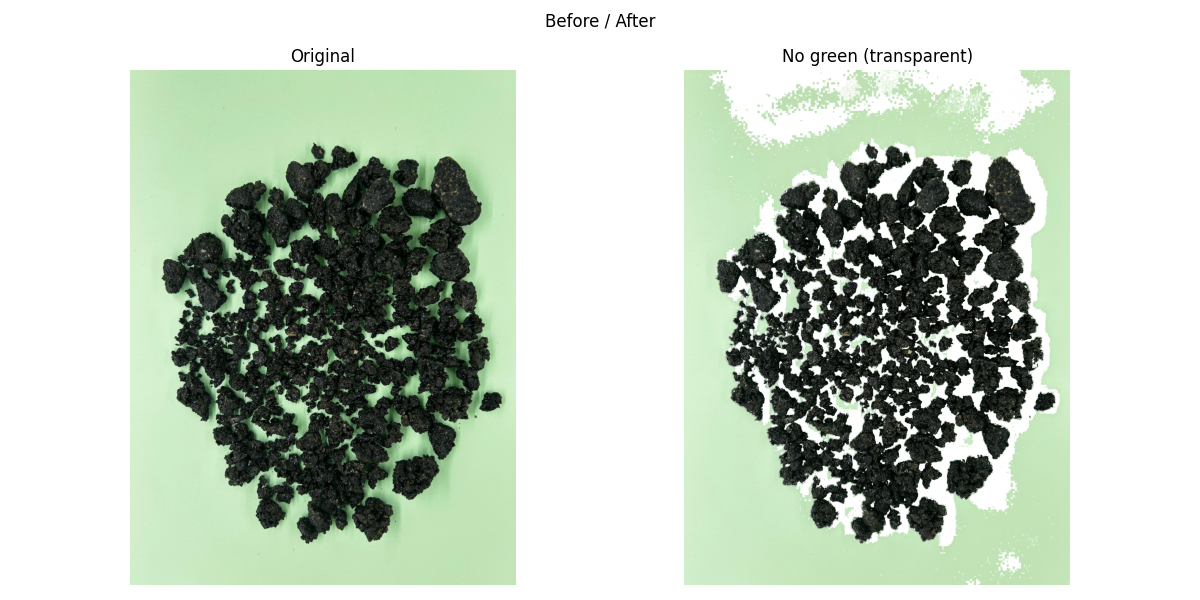
Repository: SebastianCharmot/boil_rocks
Script's output: python process.py
An editor plug-in stored every save of this project. The script's output is shown before and after a run of saves, followed by the edit.
Random numbers start from a fixed seed. It also reads after.JPG.

Above is the script's output before, as saved 2026-01-05 12:26:16.

### process.py
"""Read an image `after.JPG`, remove green pixels, and show before/after.

Behavior:
- Loads an image file (default: after.JPG in the same folder).
- Detects green pixels using a simple rule: green channel significantly
  higher than red/blue and above a brightness threshold.
- Produces two outputs:
  - `after_no_green.png` (RGBA) with green pixels made transparent
  - `after_no_green.jpg` (RGB) where green pixels are replaced with white
- Displays the original and processed images side-by-side.

Usage:
	python process.py [path/to/after.JPG]

Requirements: pillow, numpy, matplotlib
"""

from __future__ import annotations

import os
import sys
from typing import Tuple

import numpy as np
from PIL import Image


def load_image(path: str) -> Image.Image:
	if not os.path.exists(path):
		raise FileNotFoundError(f"Image not found: {path}")
	img = Image.open(path).convert("RGBA")
	return img


def remove_green_pixels(img: Image.Image, ratio: float = 1.2, diff_thresh: int = 40) -> Image.Image:
	"""Return a new RGBA image where detected green pixels are transparent.

	Detection rule (per-pixel):
	  G > ratio * R and G > ratio * B and (G - max(R, B)) > diff_thresh

	These parameters work well for strong green screens; adjust for
	different lighting or tint.
	"""
	arr = np.array(img)  # shape (H, W, 4)
	if arr.ndim != 3 or arr.shape[2] < 3:
		raise ValueError("Unsupported image shape")

	r = arr[..., 0].astype(np.int16)
	g = arr[..., 1].astype(np.int16)
	b = arr[..., 2].astype(np.int16)

	# Compute green mask
	mask = (g > (ratio * r)) & (g > (ratio * b)) & ((g - np.maximum(r, b)) > diff_thresh)

	# Create output RGBA array
	out = arr.copy()
	# Set alpha to 0 where mask is True
	out[..., 3] = np.where(mask, 0, out[..., 3])

	return Image.fromarray(out)


def save_results(orig: Image.Image, processed: Image.Image, out_base: str = "after_no_green") -> Tuple[str, str]:
	"""Save processed image as PNG (with transparency) and JPG (green->white).

	Returns tuple (png_path, jpg_path)
	"""
	png_path = f"{out_base}.png"
	jpg_path = f"{out_base}.jpg"

	# Save PNG with transparency
	processed.save(png_path)

	# For JPG, composite over white background
	white_bg = Image.new("RGB", processed.size, (255, 255, 255))
	rgb = Image.alpha_composite(white_bg.convert("RGBA"), processed).convert("RGB")
	rgb.save(jpg_path, quality=95)

	return png_path, jpg_path


def show_side_by_side(orig: Image.Image, processed: Image.Image, title: str = "Before / After") -> None:
	try:
		import matplotlib.pyplot as plt

		fig, axes = plt.subplots(1, 2, figsize=(12, 6))
		axes[0].imshow(orig.convert("RGB"))
		axes[0].set_title("Original")
		axes[0].axis("off")

		axes[1].imshow(processed)
		axes[1].set_title("No green (transparent)")
		axes[1].axis("off")

		fig.suptitle(title)
		plt.tight_layout()
		plt.show()
	except Exception as exc:  # pragma: no cover - interactive display may fail in CI
		print("Could not display images interactively:", exc)


def main(argv: list[str] | None = None) -> int:
	argv = argv if argv is not None else sys.argv[1:]
	img_path = argv[0] if argv else "after.JPG"

	print(f"Loading image: {img_path}")
	try:
		orig = load_image(img_path)
	except Exception as e:
		print("Error loading image:", e)
		return 2

	processed = remove_green_pixels(orig, ratio=1.2, diff_thresh=10)

	png_path, jpg_path = save_results(orig, processed)
	print(f"Saved: {png_path}")
	print(f"Saved: {jpg_path}")

	# Show images side-by-side
	show_side_by_side(orig, processed)

	return 0


if __name__ == "__main__":
	raise SystemExit(main())

After the next 2 saves:
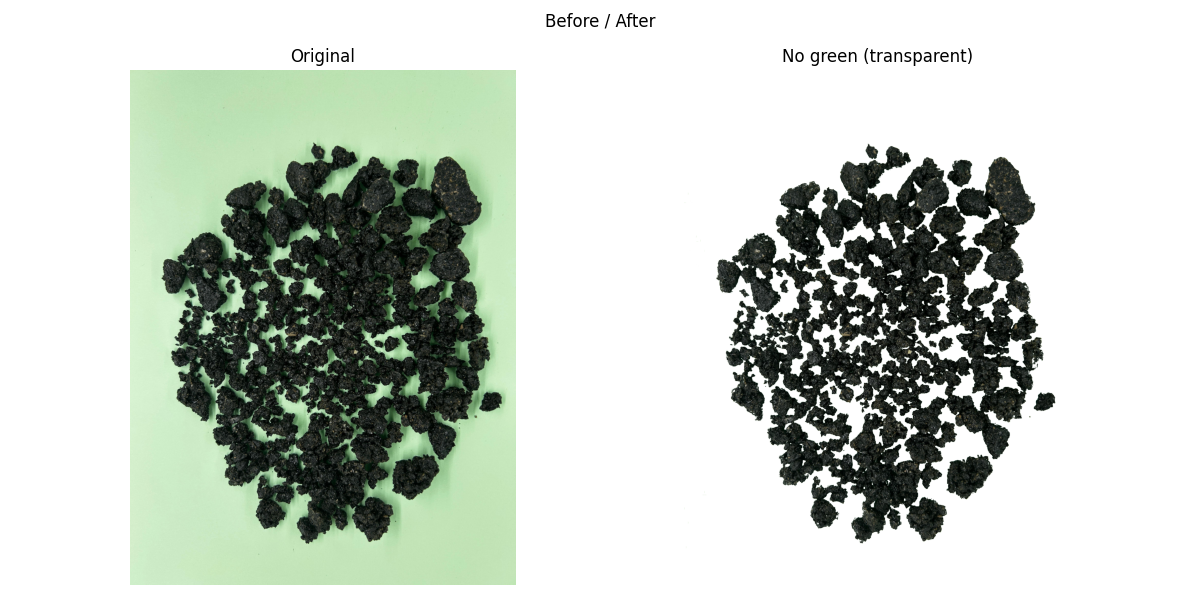
The 2 saves are shown as one change because they came seconds apart.
The last was saved 15 s later.
--- a/process.py
+++ b/process.py
@@ -110,7 +110,7 @@ def main(argv: list[str] | None = None) -> int:
 		print("Error loading image:", e)
 		return 2
 
-	processed = remove_green_pixels(orig, ratio=1.2, diff_thresh=10)
+	processed = remove_green_pixels(orig, ratio=1.1, diff_thresh=10)
 
 	png_path, jpg_path = save_results(orig, processed)
 	print(f"Saved: {png_path}")
